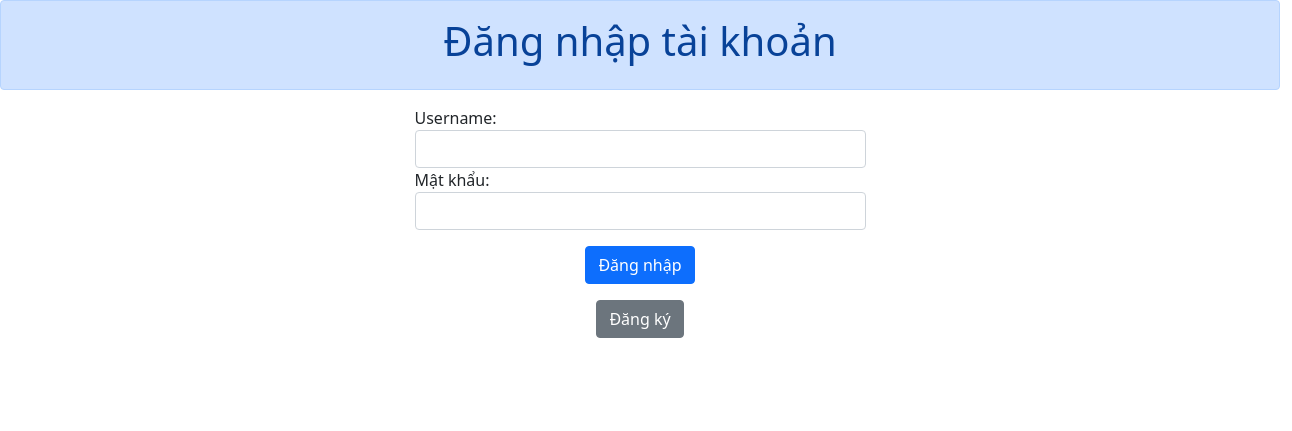
Repository: Carwyn1101/NguyenDinhHongPhuc_22133041
Page: http://localhost/LapTrinhWeb/views/login.jsp
The author's editor kept a copy of each file at every save. The page is drawn from the files as they stood at one save, then again after the next save.
The browser window is 1280 px wide. The page is 1292 px wide, so the pictures cover 1292 px, including what lies to the right of the window. The pictures show the whole page.
The page is served by Tomcat 10. Nobody is signed in. The application's start-up code is not run.

Above is the page before, as saved 2024-09-15 05:10:08.

After the next save:
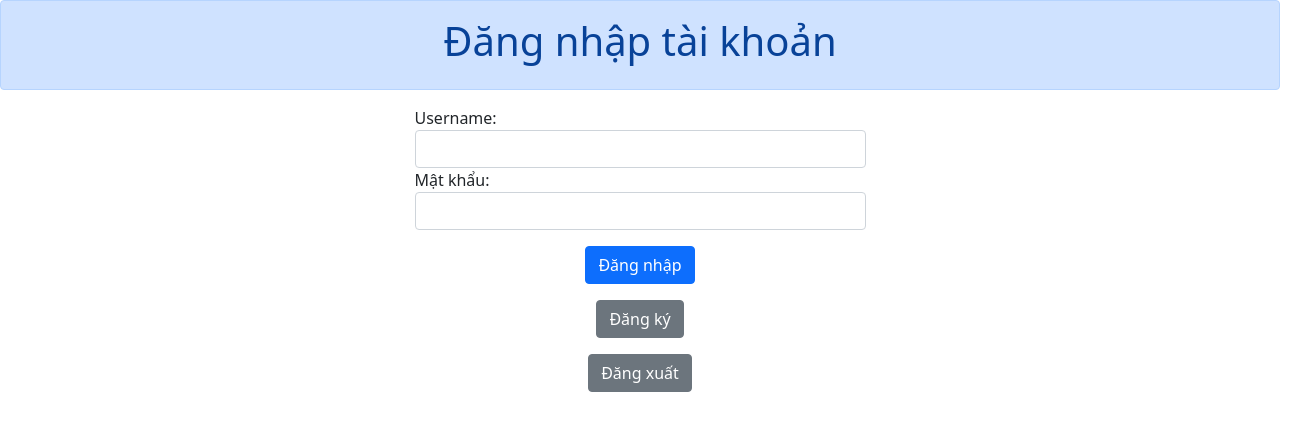
Saved 3 min 34 s later.
--- a/LapTrinhWeb/src/main/webapp/views/login.jsp
+++ b/LapTrinhWeb/src/main/webapp/views/login.jsp
@@ -43,6 +43,10 @@ bootstrap.min.css"
 						<!-- Button chuyển hướng tới trang đăng ký -->
 						<button type="button" class="btn btn-secondary" onclick="window.location.href='views/register.jsp'">Đăng ký</button>
 					</div>
+					<div class="form-group mt-3" align="center">
+						<!-- Button logout -->
+						<button type="button" class="btn btn-secondary" >Đăng xuất</button>
+					</div>
 				</form>
 			</div>
 		</div>
